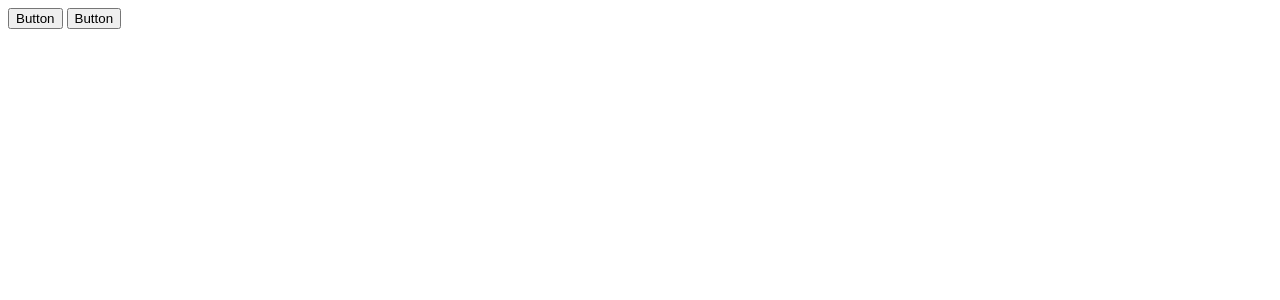
Repository: ZamlZam/LINK.
Page: index.html
An editor plug-in stored every save of this project. The page is shown before and after a run of saves, followed by the edit.
The browser window is 1280 px wide. The pictures show the whole page.

Above is the page before, as saved 2023-04-16 15:19:21.

### index.html
<!DOCTYPE html>
<html lang="en">
<head>
  <meta charset="UTF-8">
  <meta http-equiv="X-UA-Compatible" content="IE=edge">
  <meta name="viewport" content="width=device-width, initial-scale=1.0">
  <title>Link in bio</title>
</head>
<body>
  <div class="d-grid gap-2">
  <button class="btn btn-primary" type="button">Button</button>
  <button class="btn btn-primary" type="button">Button</button>
</div>
</body>
</html>

After the next 2 saves:
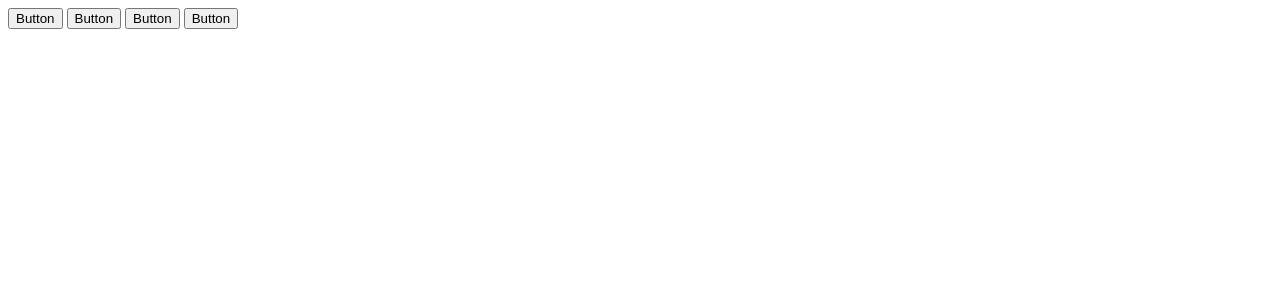
The 2 saves are shown as one change because they came seconds apart.
The last was saved 15 s later.
--- a/index.html
+++ b/index.html
@@ -10,6 +10,8 @@
   <div class="d-grid gap-2">
   <button class="btn btn-primary" type="button">Button</button>
   <button class="btn btn-primary" type="button">Button</button>
+  <button class="btn btn-primary" type="button">Button</button>
+  <button class="btn btn-primary" type="button">Button</button>
 </div>
 </body>
 </html>

After the save that followed:
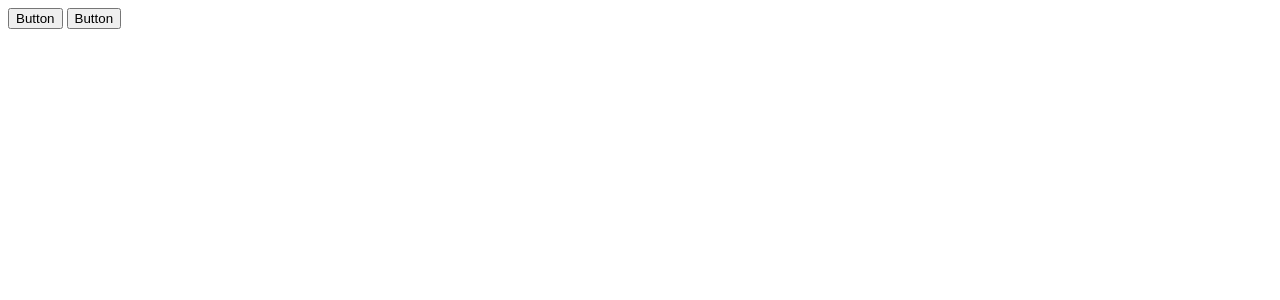
Saved 2 min 1 s later.
--- a/index.html
+++ b/index.html
@@ -7,11 +7,10 @@
   <title>Link in bio</title>
 </head>
 <body>
-  <div class="d-grid gap-2">
-  <button class="btn btn-primary" type="button">Button</button>
-  <button class="btn btn-primary" type="button">Button</button>
+ <div class="d-grid gap-2 col-6 mx-auto">
   <button class="btn btn-primary" type="button">Button</button>
   <button class="btn btn-primary" type="button">Button</button>
 </div>
+</div>
 </body>
 </html>
